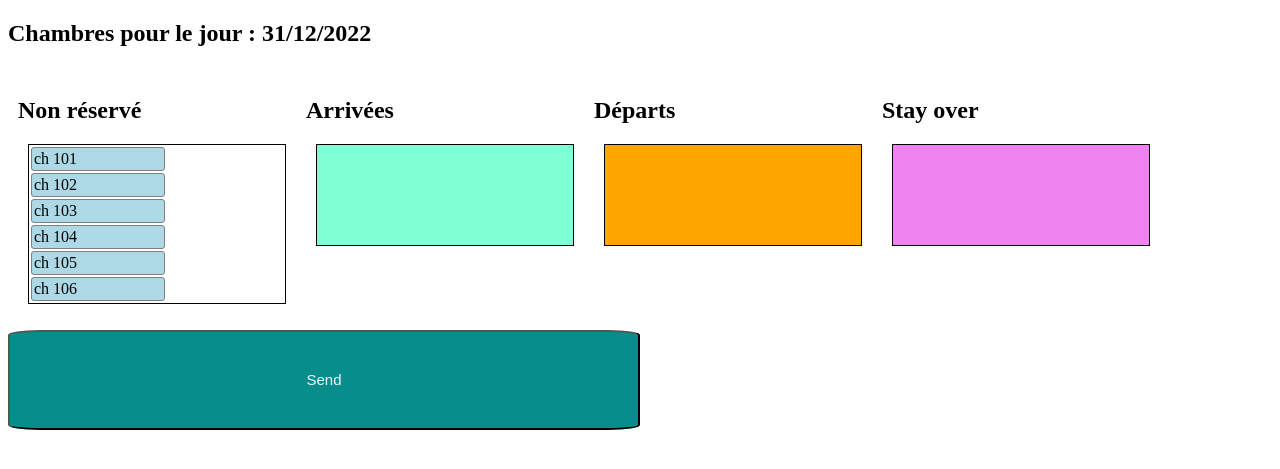
Repository: boschierob/order-app
Page: drag.html
An editor plug-in stored every save of this project. The page is shown before and after the next save, followed by the edit.
The browser window is 1280 px wide. The pictures show the whole page.
Some web libraries are served in a nearby version.

Above is the page before, as saved 2023-01-01 00:44:34.

### drag.html
<!DOCTYPE html>
<html lang="en">

<head>
  <meta charset="UTF-8">
  <meta http-equiv="X-UA-Compatible" content="IE=edge">
  <meta name="viewport" content="width=device-width, initial-scale=1.0">
  <link rel="stylesheet" href="http://code.jquery.com/ui/1.9.2/themes/base/jquery-ui.css" />
  <script type="text/javascript" src="http://code.jquery.com/jquery.min.js"></script>
  <script type="text/javascript" src="http://code.jquery.com/ui/1.9.2/jquery-ui.js"></script>
  <script type="text/javascript" src="http://www.pureexample.com/js/lib/jquery.ui.touch-punch.min.js"></script>


  <!-- CSS -->
  <style type="text/css">
    .items-container {
      display: flex;
    }

    .items-container>div {
      margin: 10px;
    }

    .list {
      max-width: 50%;
      background-color: lightblue;
      border: 1px solid gray;
    }

    .items .ui-selected {
      background: red;
      color: white;
      font-weight: bold;
    }

    .items {
      list-style-type: none;
      margin-left: 10px;
      padding: 0;
      width: 20vw;
      border: 1px solid;
      min-height: 100px;
    }

    .g {
      background-color: aquamarine;
    }

    .o {
      background-color: orange;
    }

    .z {
      background-color: violet;
    }

    .items li {
      margin: 2px;
      padding: 2px;
      cursor: pointer;
      border-radius: 3px;
    }

 .highlight {
      border: 2px solid red;
      font-weight: bold;
    }
    .btn-large{
      width:50%;
      height:100px;
      background-color: rgb(8, 141, 141);
      color:aliceblue;
      border-radius: 5%;
      font-size: 15px;
    }
  </style>

  <title>Document</title>
</head>
<!-- HTML -->

<body>
  <h2 id="date"> Chambres pour le jour : <span id="today"></span></h2>

  <div class="items-container">
    <div>
      <h2>Non réservé</h2>
      <ul id="items1" class="items ">

        <li class="list">ch 101</li>
        <li class="list">ch 102</li>
        <li class="list">ch 103</li>
        <li class="list">ch 104</li>
        <li class="list">ch 105</li>
        <li class="list">ch 106</li>
      </ul>
    </div>

    <div>
      <h2>Arrivées</h2>
      <ul id="items2" class="items g">
      </ul>

    </div>

    <div>
      <h2>Départs</h3>
        <ul id="items3" class="items o">


        </ul>

    </div>

    <div>
      <h2>Stay over</h4>
        <ul id="items4" class="items z">


        </ul>
    </div>
  </div>
  <button class="btn-large" onclick="sendData()">Send</button>

  <!-- Javascript -->
<script>
  function sendData(){
    let arrivals = document.getElementById("items2").innerText.split('\n')
    let departures = document.getElementById("items3").innerText.split('\n')
    let so = document.getElementById("items4").innerText.split('\n')
    let data = {
      "arrivals" : arrivals ,
      "departures": departures,
      "so" : so
    }
    fetch('/list', {
  method: 'POST',
  body:JSON.stringify(data),
  headers: {
    'Content-Type': 'application/json'
  }
})
.then(res => res.json())
.then(data => console.log(data));

console.log(JSON.stringify(data))
}

  let ladate = new Date();
  const el = document.querySelector("#today")
  el.innerHTML = ladate.getDate() + "/" + (ladate.getMonth() + 1) + "/" + ladate.getFullYear();

  $(function () {
    $("#items1,#items2,#items3,#items4").sortable({
      connectWith: "#items1,#items2,#items3,#items4",
      start: function (event, ui) {
        ui.item.toggleClass("highlight");
      },
      stop: function (event, ui) {
        ui.item.toggleClass("highlight");
        var element = document.getElementById("items1"); // or any other element
        //console.log(element); // logs the expandable <html>…</html>
        //console.dir(element.innerText); // logs the element’s properties and values
      }
    });
    $("#items1,#items2,#items3,#items4").disableSelection();

  });
</script>
</body>

</html>

After the next save:
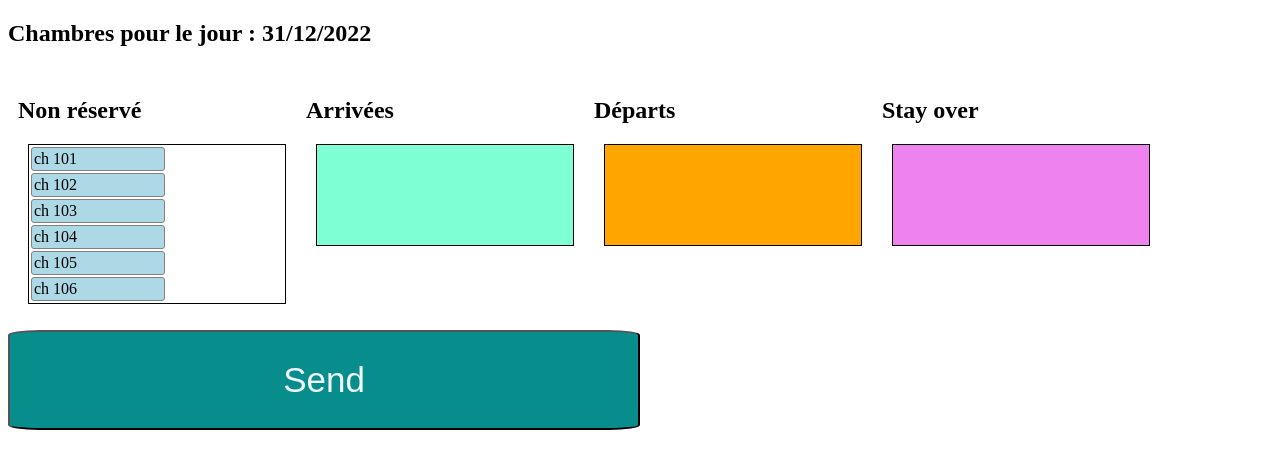
Saved 10 s later.
--- a/drag.html
+++ b/drag.html
@@ -71,7 +71,7 @@
       background-color: rgb(8, 141, 141);
       color:aliceblue;
       border-radius: 5%;
-      font-size: 15px;
+      font-size: 35px;
     }
   </style>
 
